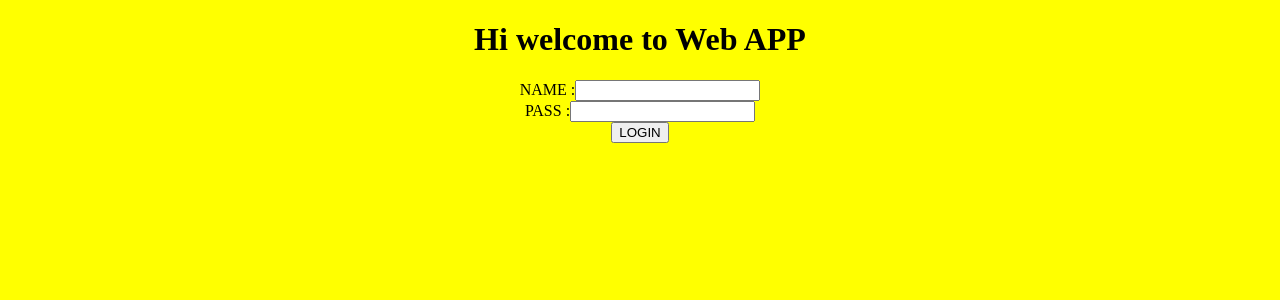
Repository: Thaneshwara848/TCS_B1
Page: webDemo5/src/main/webapp/Login.html
An editor plug-in stored every save of this project. The page is shown before and after the next save, followed by the edit.
The browser window is 1280 px wide. The pictures show the whole page.

Above is the page before, as saved 2022-11-14 05:37:50.

### webDemo5/src/main/webapp/Login.html
<!DOCTYPE html>
<html>
<head>
<meta charset="UTF-8">
<title>Insert title here</title>
</head>
<body bgcolor="yellow">

<center>
	<h1> Hi welcome to Web APP</h1>
	<form action="">
		NAME :<input type="text" name="username"><br>
		PASS :<input type="text" name="userpass"><br>
		<input type="submit" value="LOGIN">
	</form>
</center>

</body>
</html>

After the next save:
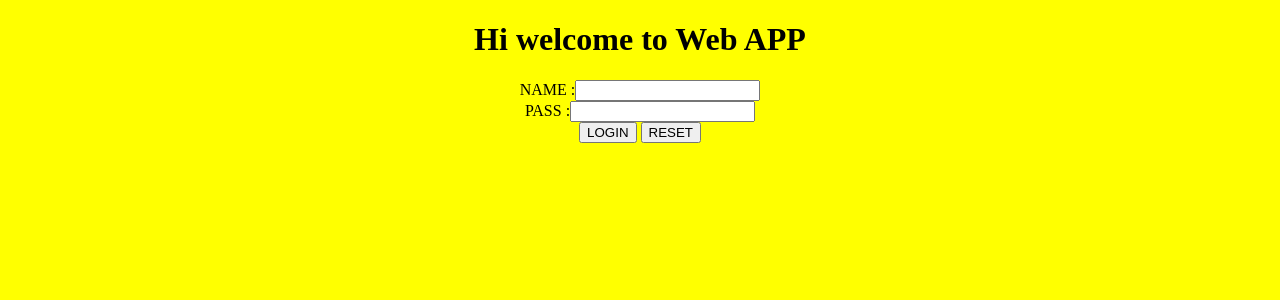
Saved 24 s later.
--- a/webDemo5/src/main/webapp/Login.html
+++ b/webDemo5/src/main/webapp/Login.html
@@ -12,6 +12,7 @@
 		NAME :<input type="text" name="username"><br>
 		PASS :<input type="text" name="userpass"><br>
 		<input type="submit" value="LOGIN">
+		<input type="reset" value="RESET">
 	</form>
 </center>
 
